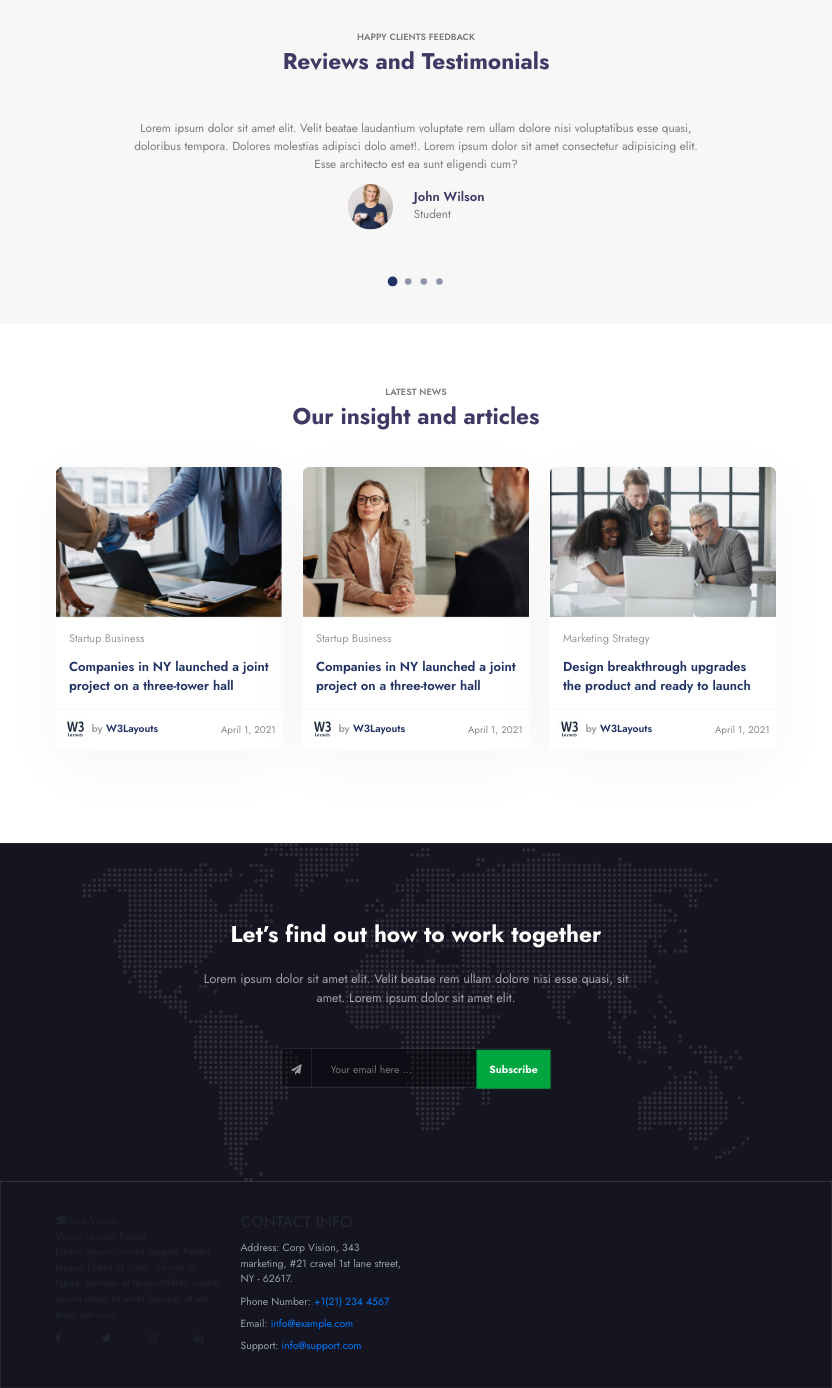
Repository: khaipnp/corpvision
Page: index.html
These files come from the project's save history. The page is drawn as it stood at one moment and after the next save; the edit follows.
The browser window is 1280 px wide. The pictures show the whole page, at 65% of full size.

Above is the page before, as saved 2021-07-04 12:55:58.

After the next save:
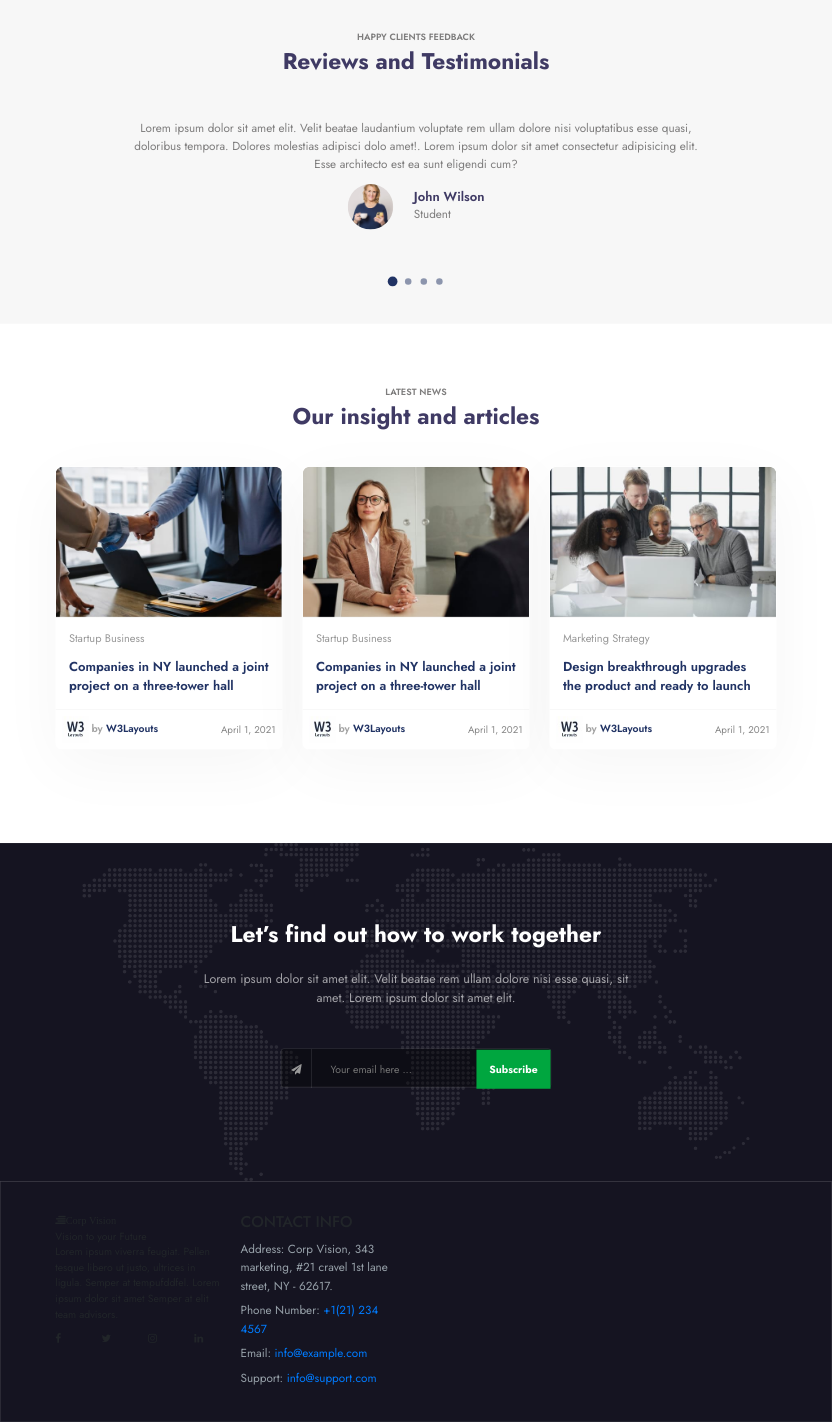
Saved 56 s later.
--- a/css/main.css
+++ b/css/main.css
@@ -240,5 +240,6 @@ footer {
   padding: 5px 0 !important;
   color: #97a1a9;
   border: none !important;
-  font-size: 1rem;
-}
+  font-size: 18px;
+  line-height: 28px;
+}
